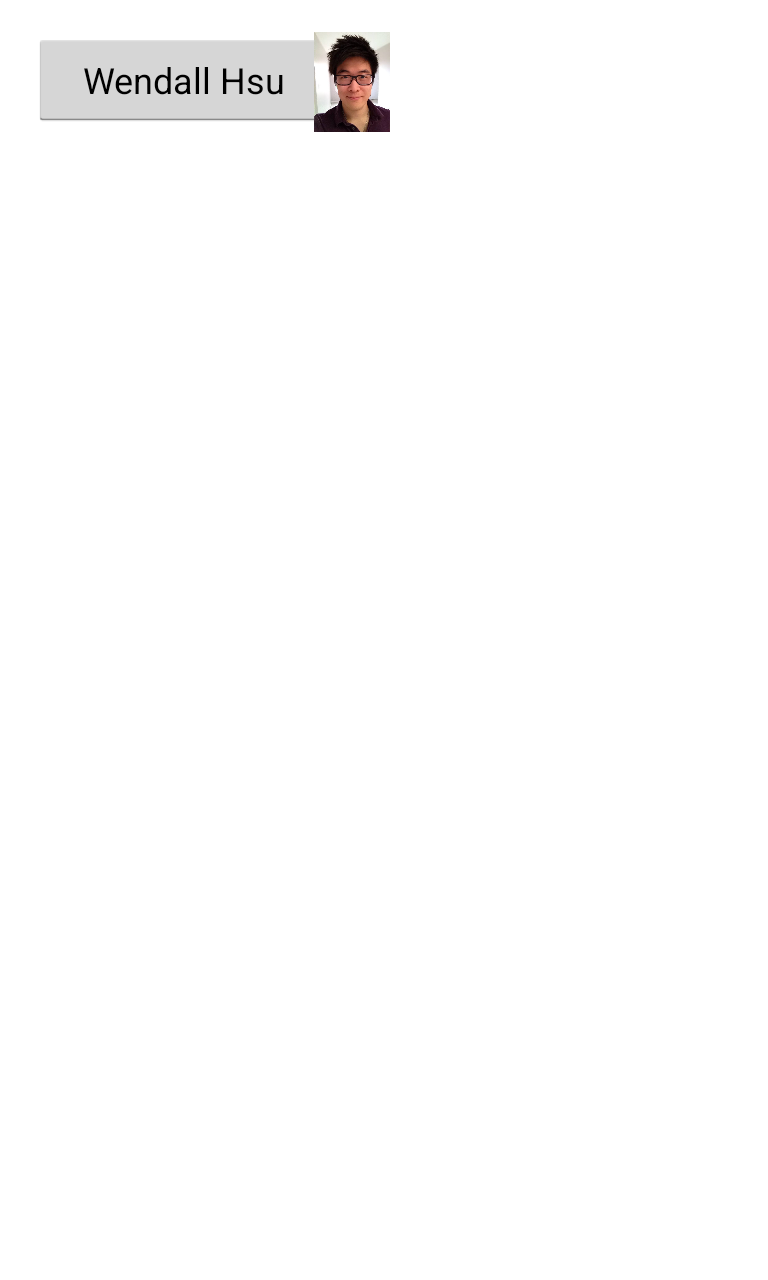
Repository: lethe13/AndroidProgramming
Layout: COMP304-Assignment2/res/layout/activity_main.xml
An editor plug-in stored every save of this project. The layout is shown before and after the next save, followed by the edit.
It is drawn on a 768 x 1280 px phone screen (xhdpi) without system bars, with theme AppTheme; the app's code is not run.

Above is the layout before, as saved 2015-10-13 20:40:53.

After the next save:
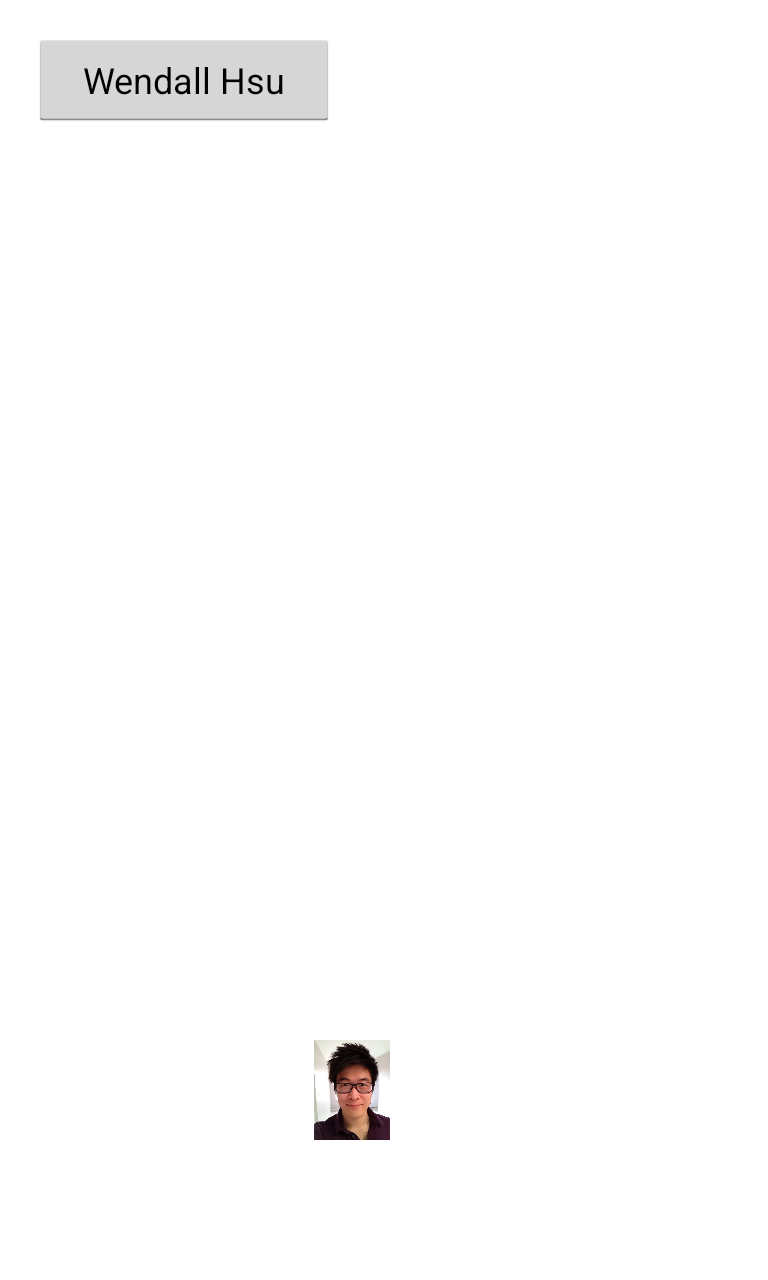
Saved 31 s later.
--- a/COMP304-Assignment2/res/layout/activity_main.xml
+++ b/COMP304-Assignment2/res/layout/activity_main.xml
@@ -18,6 +18,9 @@
         android:id="@+id/imageView1"
         android:layout_width="wrap_content"
         android:layout_height="100px"
+        android:layout_alignLeft="@+id/button1"
+        android:layout_alignParentBottom="true"
+        android:layout_marginBottom="54dp"
         android:src="@drawable/wendall" />
 
 </RelativeLayout>

After the save that followed:
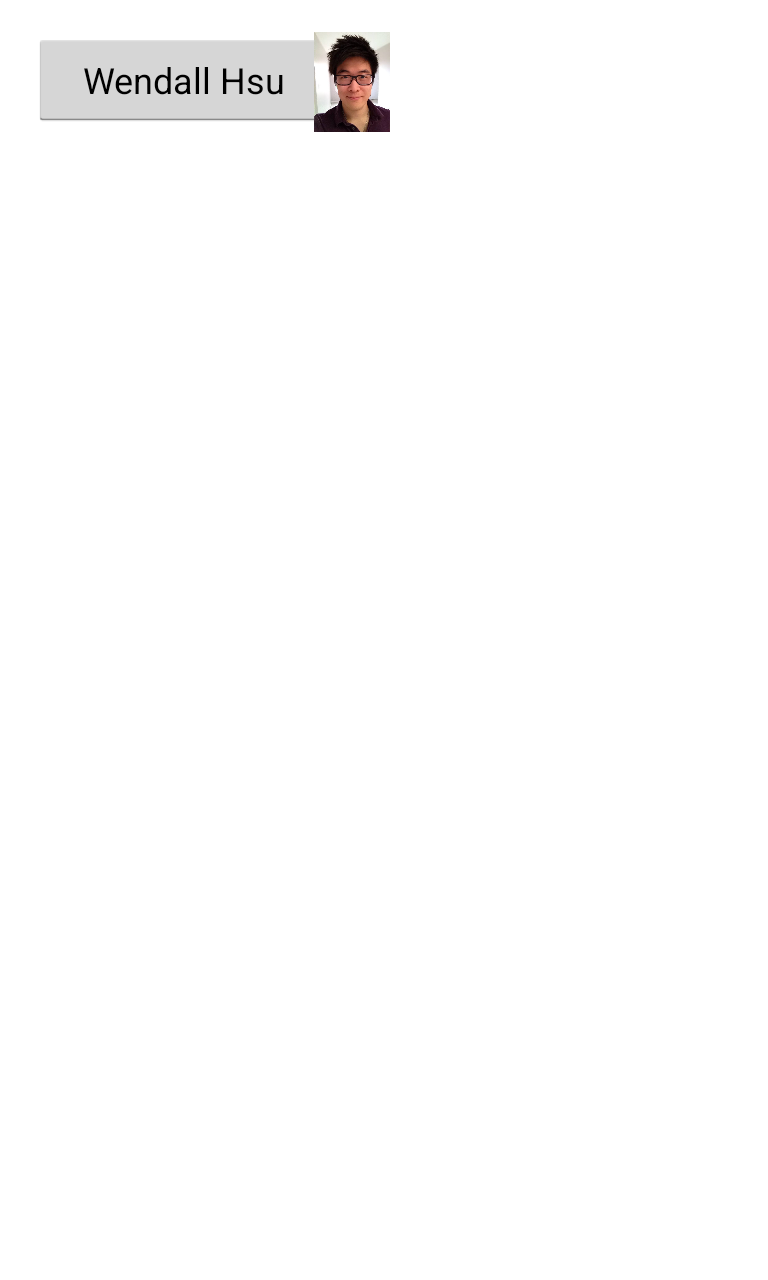
Saved 4 min 42 s later.
--- a/COMP304-Assignment2/res/layout/activity_main.xml
+++ b/COMP304-Assignment2/res/layout/activity_main.xml
@@ -18,9 +18,7 @@
         android:id="@+id/imageView1"
         android:layout_width="wrap_content"
         android:layout_height="100px"
-        android:layout_alignLeft="@+id/button1"
-        android:layout_alignParentBottom="true"
-        android:layout_marginBottom="54dp"
+        android:layout_alignTop="@+id/button1"
         android:src="@drawable/wendall" />
 
 </RelativeLayout>
